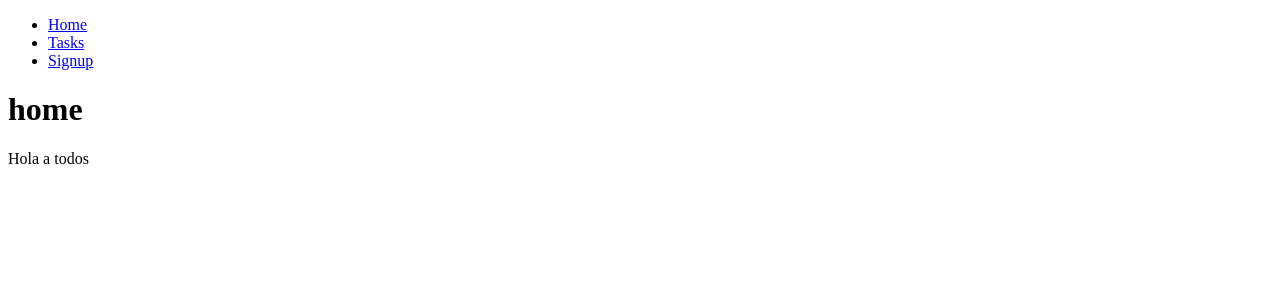
Repository: dbettancourt/django-auth-crud
Page: http://localhost/
These files come from the project's save history. The page is drawn as it stood at one moment and after the next save; the edit follows.
The browser window is 1280 px wide. The pictures show the whole page.
The page is served by the project's application, run on Django 4.2 (manage.py).

Above is the page before, as saved 2023-06-02 17:08:07.

After the next save:
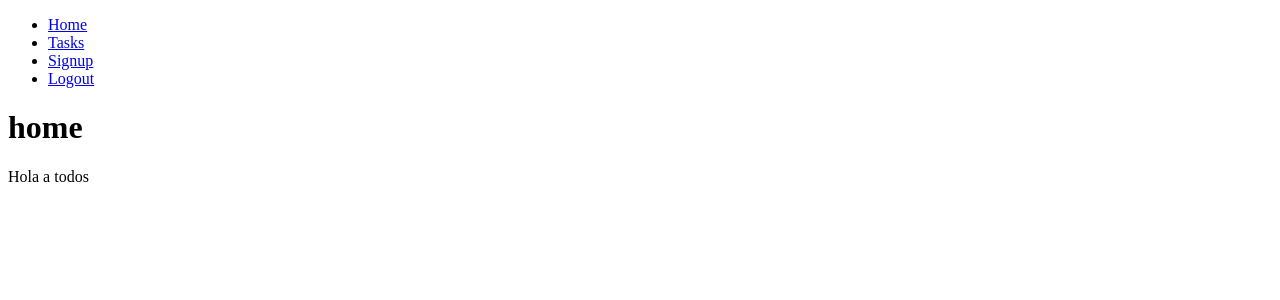
Saved 96 s later.
--- a/tasks/templates/base.html
+++ b/tasks/templates/base.html
@@ -30,6 +30,9 @@
                 <li>
                     <a href="/signup">Signup</a>
                 </li>
+                <li>
+                    <a href="/signup">Logout</a>
+                </li>
             </ul>
         </nav>
 

After the 2 saves that followed:
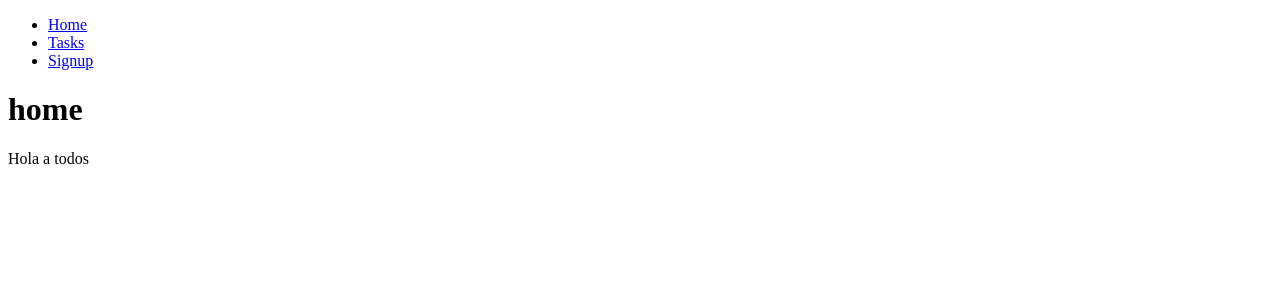
The 2 saves are shown as one change because 1 left the picture as it was.
The last was saved 2 min 31 s later.
--- a/tasks/templates/base.html
+++ b/tasks/templates/base.html
@@ -30,9 +30,11 @@
                 <li>
                     <a href="/signup">Signup</a>
                 </li>
+                {% if user.is_authenticated %}
                 <li>
-                    <a href="/signup">Logout</a>
+                    <a href="/logout">Logout</a>
                 </li>
+                {% endif %}
             </ul>
         </nav>
 
